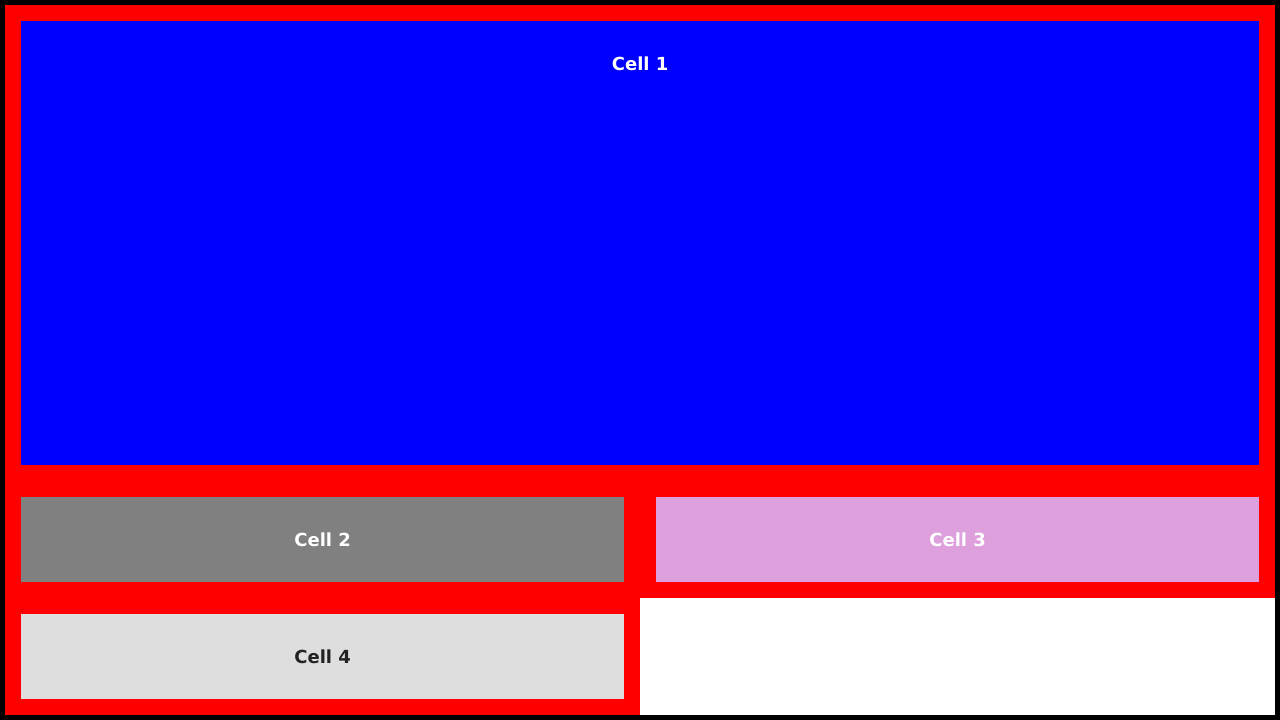
Repository: Ndifoinhilary/css_grid
Page: css-grid-learn/index.html
An editor plug-in stored every save of this project. The page is shown before and after the next save, followed by the edit.
The browser window is 1280 px wide. The pictures show the whole page.

Above is the page before, as saved 2024-01-27 05:22:49.

After the next save:
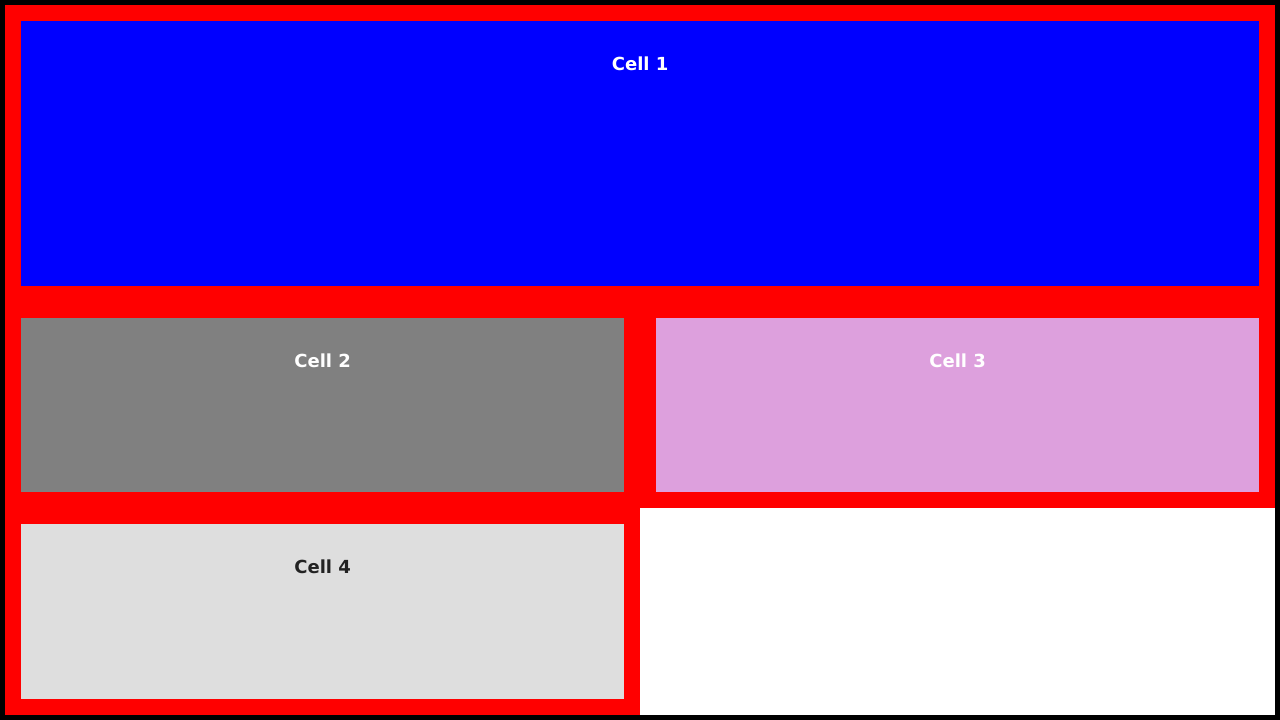
Saved 34 s later.
--- a/css-grid-learn/main.css
+++ b/css-grid-learn/main.css
@@ -27,8 +27,8 @@
     height: 100vh;
     display: grid;
     grid-template-columns:1fr 1fr;
-    grid-template-rows: 1fr 2fr;
-    justify-content: center;
+    /* grid-template-rows: 1fr 2fr; */
+    justify-content: space-around;
     /* align-items: center; */
 }
 

After the save that followed:
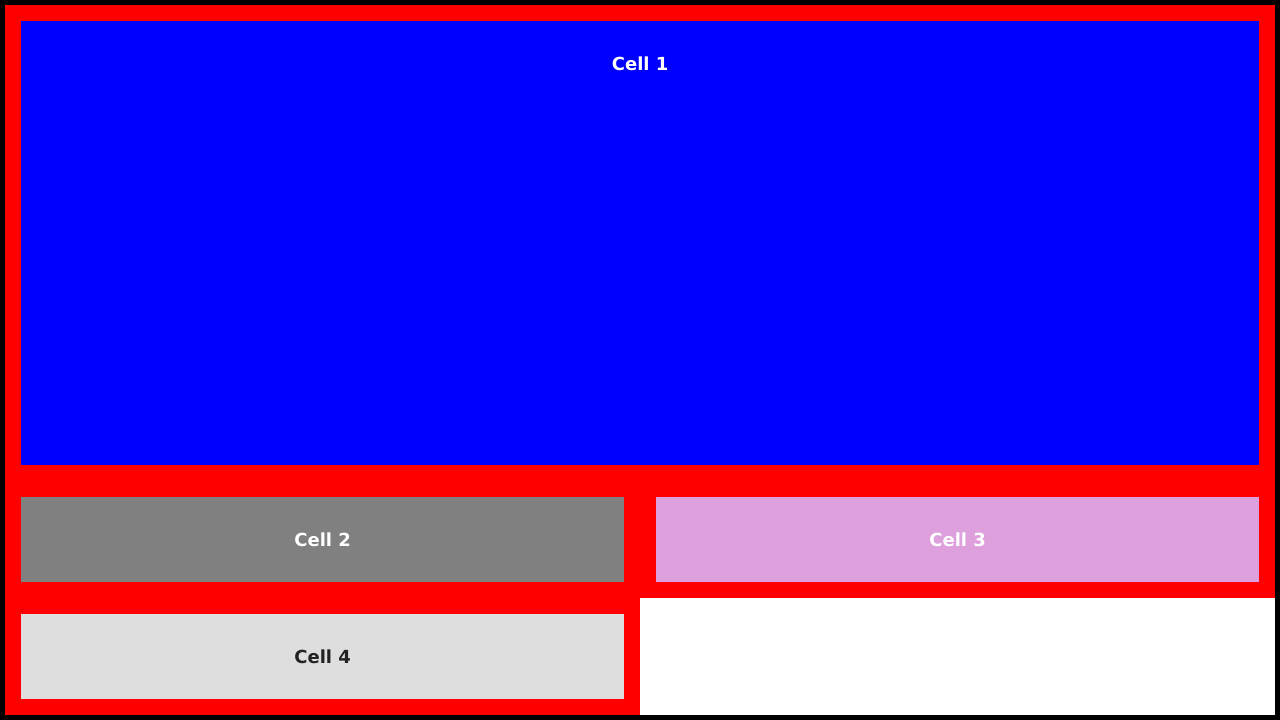
Saved 9 s later.
--- a/css-grid-learn/main.css
+++ b/css-grid-learn/main.css
@@ -27,9 +27,7 @@
     height: 100vh;
     display: grid;
     grid-template-columns:1fr 1fr;
-    /* grid-template-rows: 1fr 2fr; */
-    justify-content: space-around;
-    /* align-items: center; */
+    grid-template-rows: 1fr 2fr;
 }
 
 
